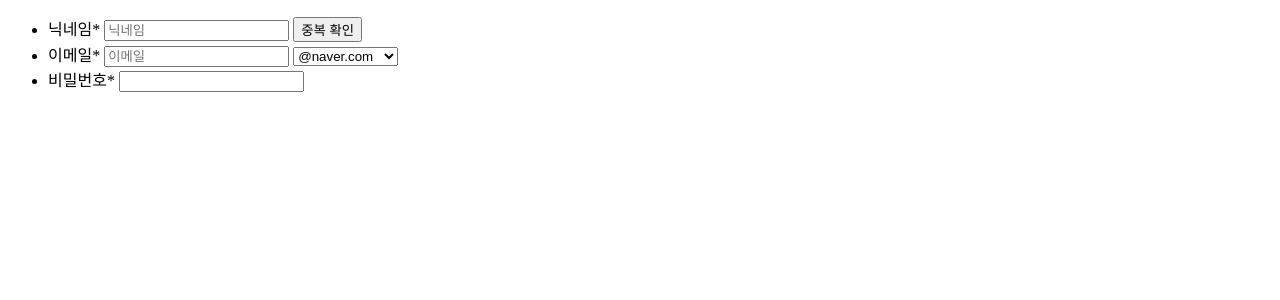
Repository: onpul/TEAM1
Page: http://localhost/Riding/mj/JoinForm.jsp
These files come from the project's save history. The page is drawn as it stood at one moment and after the next save; the edit follows.
The browser window is 1280 px wide. The pictures show the whole page.
The page is served by Tomcat 9.

Above is the page before, as saved 2022-06-04 09:27:12.

After the next save:
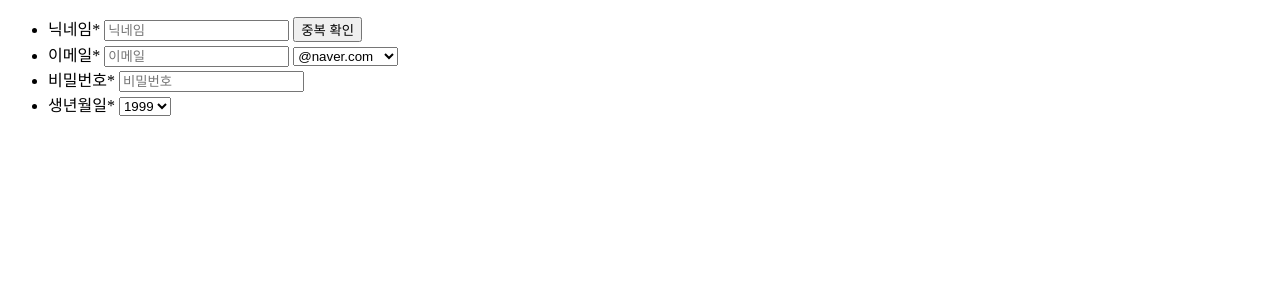
Saved 4 min 18 s later.
--- a/Riding/WebContent/mj/JoinForm.jsp
+++ b/Riding/WebContent/mj/JoinForm.jsp
@@ -1,3 +1,4 @@
+<%@page import="org.apache.jasper.tagplugins.jstl.core.ForEach"%>
 <%@ page contentType="text/html; charset=UTF-8"%>
 <%
 	request.setCharacterEncoding("UTF-8");
@@ -22,7 +23,14 @@
 							<option value="네이트">@nate.com</option>
 						</select>
 			</li>
-			<li>비밀번호* <input type="password" /></li>
+			<li>비밀번호* <input type="password" placeholder="비밀번호"/></li>
+			<li>생년월일*
+				<select name="birth" id="birth">
+					<option value="year">1999</option>
+					<option value="year">2000</option>
+					<option value="year">2001</option>
+				</select>
+			</li>
 		</ul>
 	</form>
 </div>
